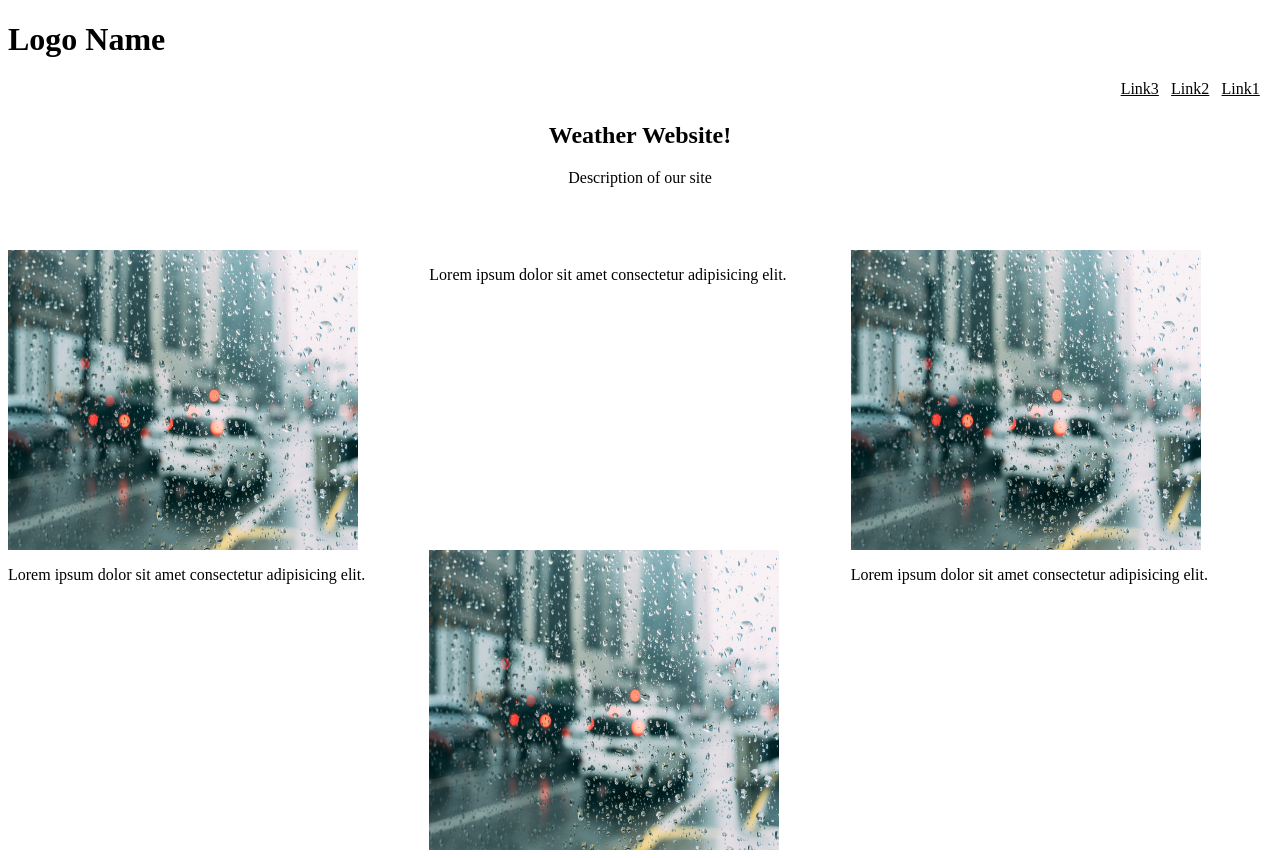
Repository: aaron1986/Breakout2_group_code
Page: index.html
The author's editor kept a copy of each file at every save. The page is drawn from the files as they stood at one save, then again after the next save.
The browser window is 1280 px wide. The pictures show the whole page.

Above is the page before, as saved 2023-09-13 09:42:00.

After the next save:
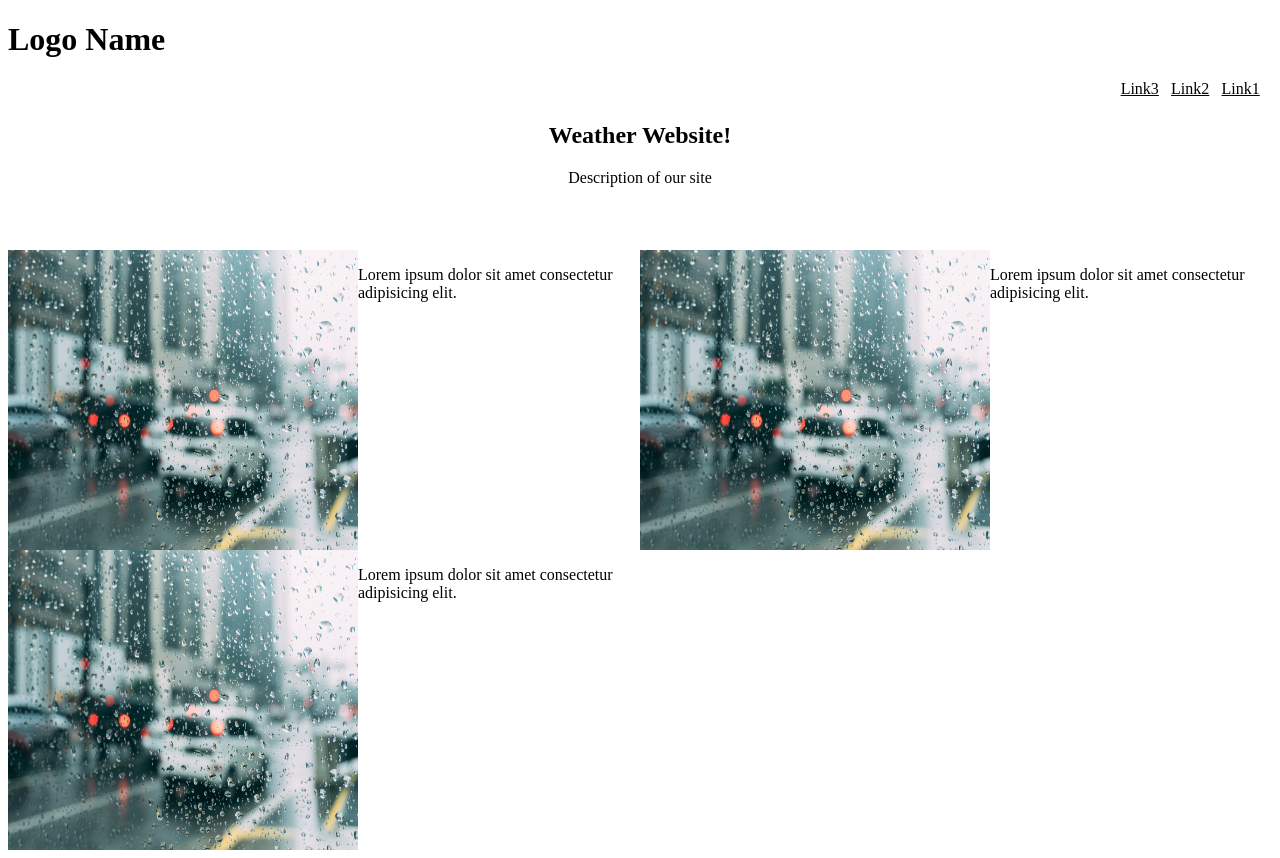
Saved 91 s later.
--- a/style.css
+++ b/style.css
@@ -31,7 +31,7 @@
     margin-top: 5%;
     display: grid;
     justify-content: center;
-    grid-template-columns: repeat(3, 1fr);
+    grid-template-columns: repeat(4, 1fr);
 }
 
 img {

After the save that followed:
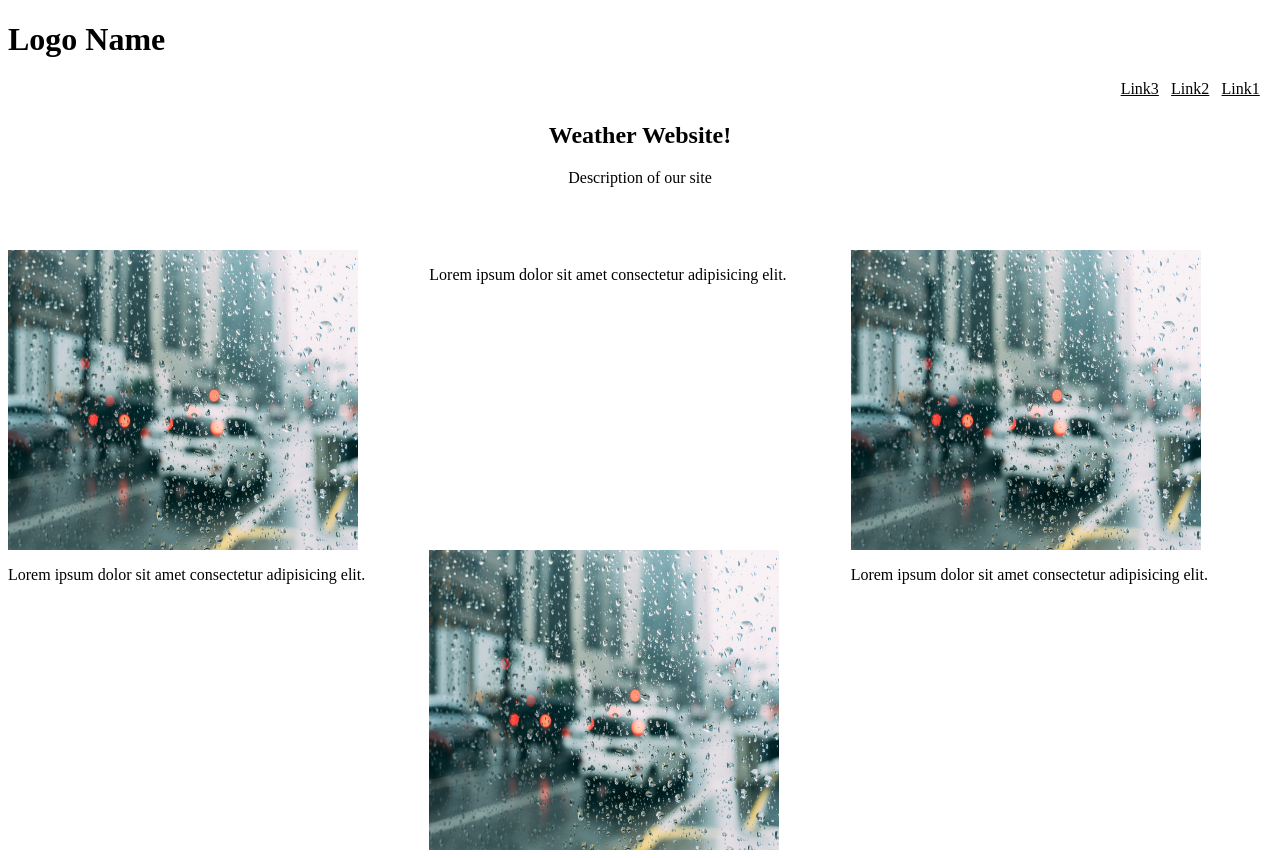
Saved 15 s later.
--- a/style.css
+++ b/style.css
@@ -31,7 +31,7 @@
     margin-top: 5%;
     display: grid;
     justify-content: center;
-    grid-template-columns: repeat(4, 1fr);
+    grid-template-columns: repeat(3, 1fr);
 }
 
 img {
